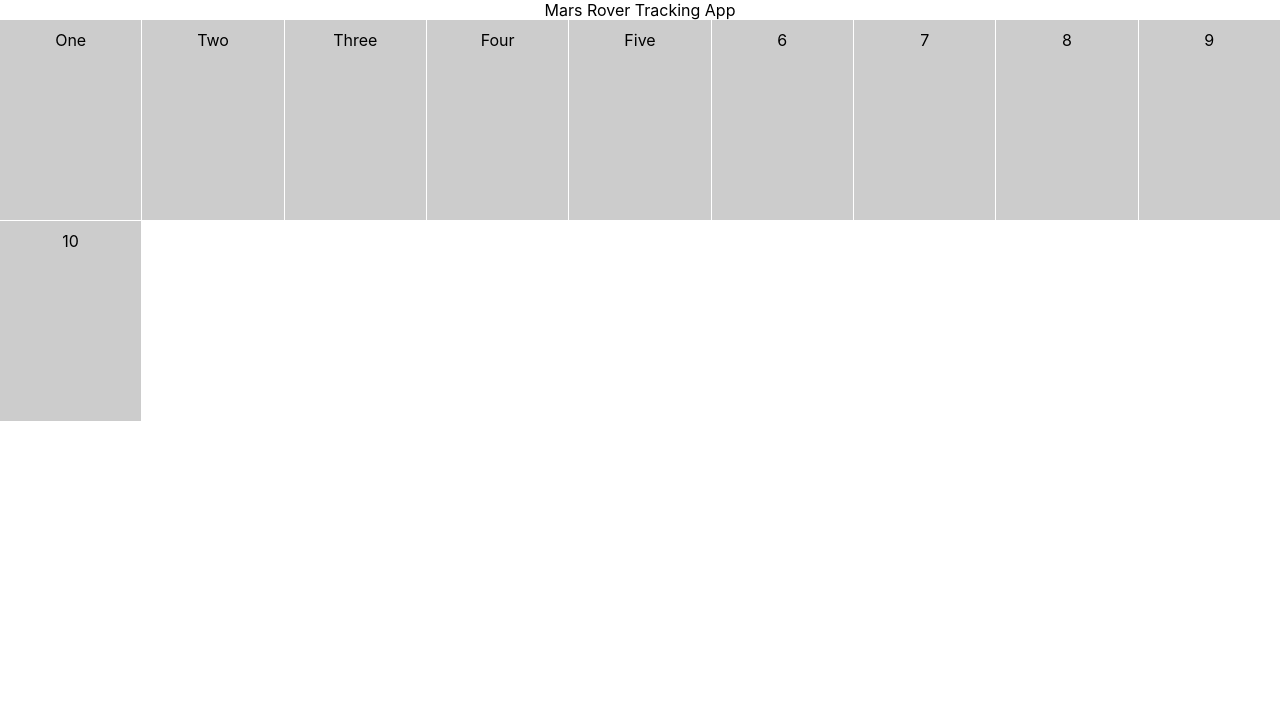
Repository: madhurisandbhor/Rover-Tracking-App
Page: /
An editor plug-in stored every save of this project. The page is shown before and after the next save, followed by the edit.
The browser window is 1280 px wide. The pictures show the whole page.
The project was rebuilt for these pictures with package versions that can differ from the ones it lists, and the page was loaded fresh each time.

Above is the page before, as saved 2021-09-06 16:53:36.

### src/App.js
import './App.css';
import Grid from './Grid'

function App() {
  return (
    <div className="App">
      <div>Mars Rover Tracking App</div>
      <Grid />
    </div>
  );
}

export default App;

### src/Grid.jsx
import React from 'react'
import { maxY } from "./constants";

const wrapper = {
    display: 'grid',
    gridTemplateColumns: `repeat(${maxY}, 1fr)`,
    gridAutoRows: '200px',
    gridGap: '1px',
}

const item = {
    padding: '10px',
    backgroundColor: '#ccc',
}

const Grid = () => {
    return (
        <div style={wrapper}>
            <div style={item}>One</div>
            <div style={item}>Two</div>
            <div style={item}>Three</div>
            <div style={item}>Four</div>
            <div style={item}>Five</div>
            <div style={item}>6</div>
            <div style={item}>7</div>
            <div style={item}>8</div>
            <div style={item}>9</div>
            <div style={item}>10</div>
        </div>
    )
}

export default Grid

### src/constants.js
export const x = 0, y = 0, maxX = 9, maxY = 9;
export const d = 'N';
export const directionsToRight = ['N', 'E', 'S', 'W']
export const directionsToLeft = ['N', 'W', 'S', 'E']

Loaded but not shown: public/index.html (common file); src/index.js (common file); src/index.css (common file); src/App.css (common file)

After the next save:
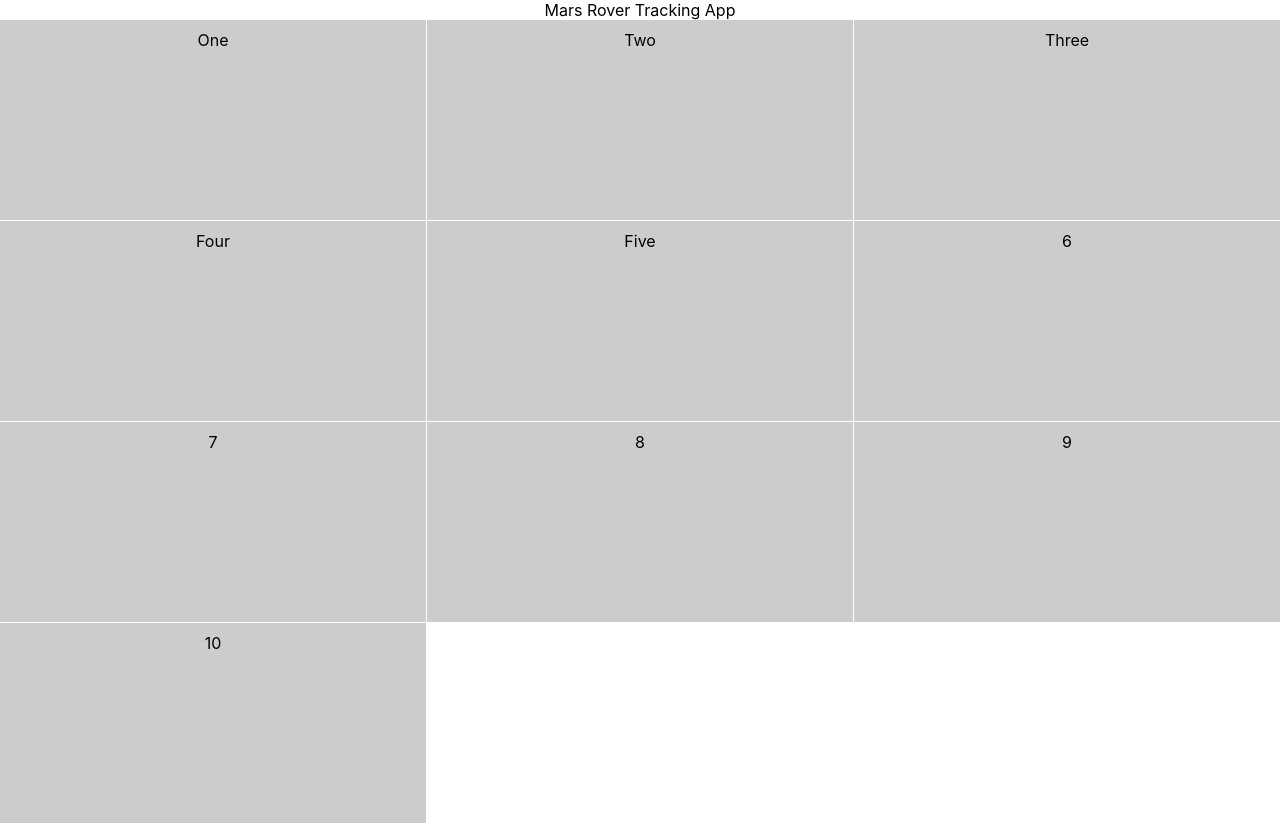
Saved 17 s later.
--- a/src/Grid.jsx
+++ b/src/Grid.jsx
@@ -3,7 +3,7 @@
 
 const wrapper = {
     display: 'grid',
-    gridTemplateColumns: `repeat(${maxY}, 1fr)`,
+    gridTemplateColumns: `repeat(3, 1fr)`,
     gridAutoRows: '200px',
     gridGap: '1px',
 }

After the save that followed:
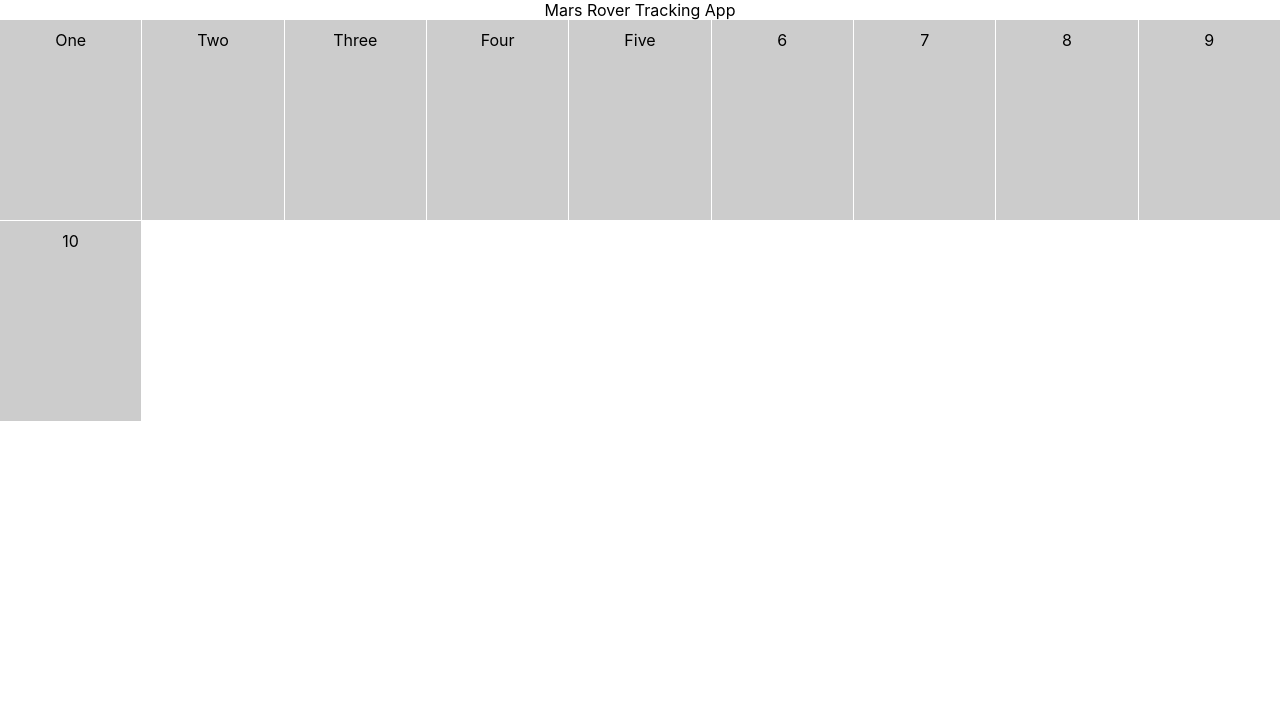
Saved 10 s later.
--- a/src/Grid.jsx
+++ b/src/Grid.jsx
@@ -3,7 +3,7 @@
 
 const wrapper = {
     display: 'grid',
-    gridTemplateColumns: `repeat(3, 1fr)`,
+    gridTemplateColumns: `repeat(${maxY}, 1fr)`,
     gridAutoRows: '200px',
     gridGap: '1px',
 }
